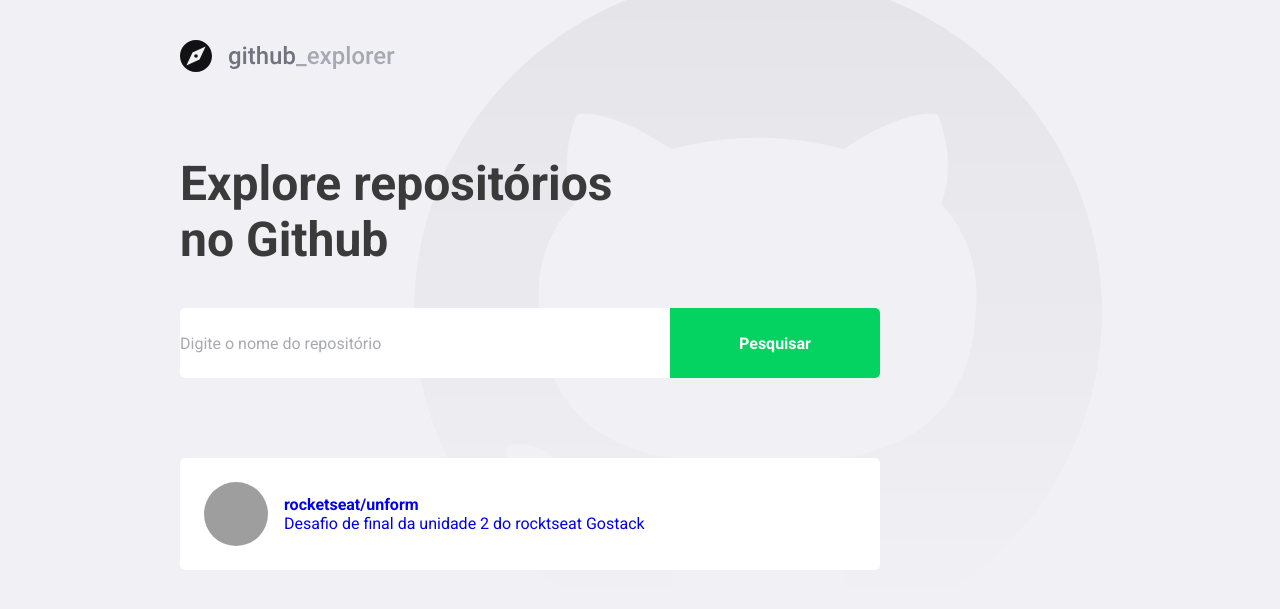
Repository: ramonmjr/projeto-repositorios-git-react
Page: /
These files come from the project's save history. The page is drawn as it stood at one moment and after the next save; the edit follows.
The browser window is 1280 px wide. The pictures show the whole page.
Pictures or frames that could not be fetched are drawn as grey boxes. The project was rebuilt for these pictures with package versions that can differ from the ones it lists, and the page was loaded fresh each time. A package was used in the major version that the imports need, not the one package.json lists. Also part of the build but not shown: src/pages/Repository/index.tsx.

Above is the page before, as saved 2020-10-21 17:49:28.

### public/index.html
<!DOCTYPE html>
<html lang="en">

<head>
  <meta charset="utf-8" />
  <link rel="icon" href="%PUBLIC_URL%/favicon.ico" />
  <meta name="viewport" content="width=device-width, initial-scale=1" />
  <meta name="theme-color" content="#3A3A3A" />

  <title>Github Explorer</title>
  <link href="https://fonts.googleapis.com/css2?family=Roboto:wght@400;700&display=swap" rel="stylesheet">
</head>

<body>
  <noscript>You need to enable JavaScript to run this app.</noscript>
  <div id="root"></div>
</body>

</html>

### src/App.tsx
import React from 'react';
import { BrowserRouter } from 'react-router-dom';
import GlobalStyle from './styles/global';

import Routes from './routes';

const App: React.FC = () => (
  <>
    <BrowserRouter>
      <Routes />
    </BrowserRouter>
    <GlobalStyle />
  </>
);

export default App;

### src/styles/global.ts
import { createGlobalStyle } from 'styled-components';
import githubBackground from '../assets/github-background.svg';

export default createGlobalStyle`
* {
  margin: 0;
  padding: 0;
  outline: 0;
  box-sizing: border-box;
}
body {
  background: #f0f0f5 url(${githubBackground}) no-repeat 70% top;
  -webkit-font-smoothing: antialiased;
}

body, input, button {
  font: 16px Roboto, sans-serif;
}

#root {
  max-width: 960px;
  margin: 0 auto;
  padding: 40px 20px;
}

button {
  cursor: pointer;
}
`;

### src/pages/Dashboard/index.tsx
import React from 'react';
import { Title, Form, Repositories } from './styles';
import logoImg from '../../assets/logo.svg';

const Dashboard: React.FC = () => (
  <>
    <img src={logoImg} alt="Github Explorer" />
    <Title>Explore repositórios no Github</Title>
    <Form>
      <input placeholder="Digite o nome do repositório" />
      <button type="submit">Pesquisar</button>
    </Form>
    <Repositories>
      <a href="teste">
        <img
          src="https://avatars1.githubusercontent.com/u/12487554?s=400&v=4"
          alt="Ramon Marques"
        />
        <div>
          <strong>rocketseat/unform</strong>
          <p>Desafio de final da unidade 2 do rocktseat Gostack</p>
        </div>
      </a>
    </Repositories>
  </>
);

export default Dashboard;

### src/pages/Dashboard/styles.ts
import styled from 'styled-components';
import { shade } from 'polished';

export const Title = styled.h1`
  font-size: 48px;
  max-width: 450px;
  color: #3a3a3a;
  margin-top: 80px;
  line-height: 56px;
`;

export const Form = styled.form`
  margin-top: 40px;
  max-width: 700px;
  display: flex;

  input {
    flex: 1;
    height: 70px;
    padding: 0 24;
    border: 0;
    border-radius: 5px 0 0 5px;
    color: #3a3a3a;

    &::placeholder {
      color: #a8a8b3;
    }
  }

  button {
    width: 210px;
    background: #04d361;
    border-radius: 0px 5px 5px 0px;
    border: 0;
    color: #fff;
    font-weight: bold;
    transition: background-color 0.2s;

    &:hover {
      background: ${shade(0.2, '#04d361')};
    }
  }
`;

export const Repositories = styled.div`
  margin-top: 80px;
  max-width: 700px;

  a {
    background: #fff;
    border-radius: 5px;
    width: 100%;
    padding: 24px;
    display: block;
    text-decoration: none;
    display: flex;
    align-items: center;
  }

  img {
    width: 64px;
    height: 64px;
    border-radius: 50%;
  }

  div {
    margin-left: 16px;
  }
`;

Loaded but not shown: src/index.tsx (common file); src/routes/index.tsx (common file)

After the next save:
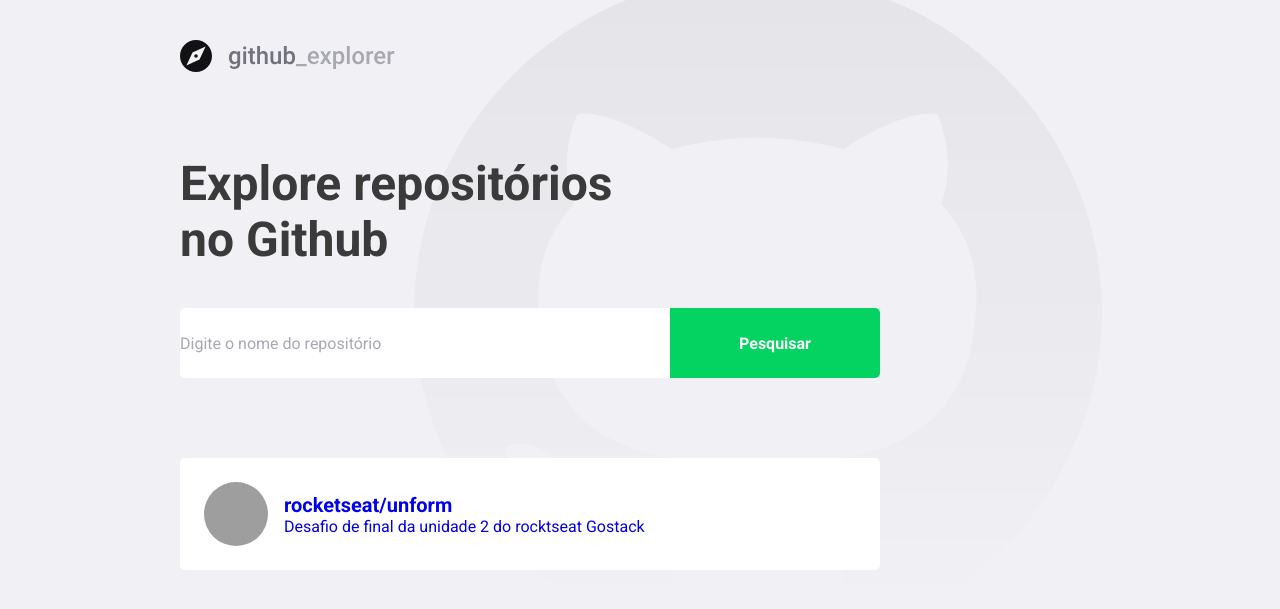
Saved 52 s later.
--- a/src/pages/Dashboard/styles.ts
+++ b/src/pages/Dashboard/styles.ts
@@ -65,5 +65,9 @@
 
   div {
     margin-left: 16px;
+
+    strong {
+      font-size: 20px;
+    }
   }
 `;
